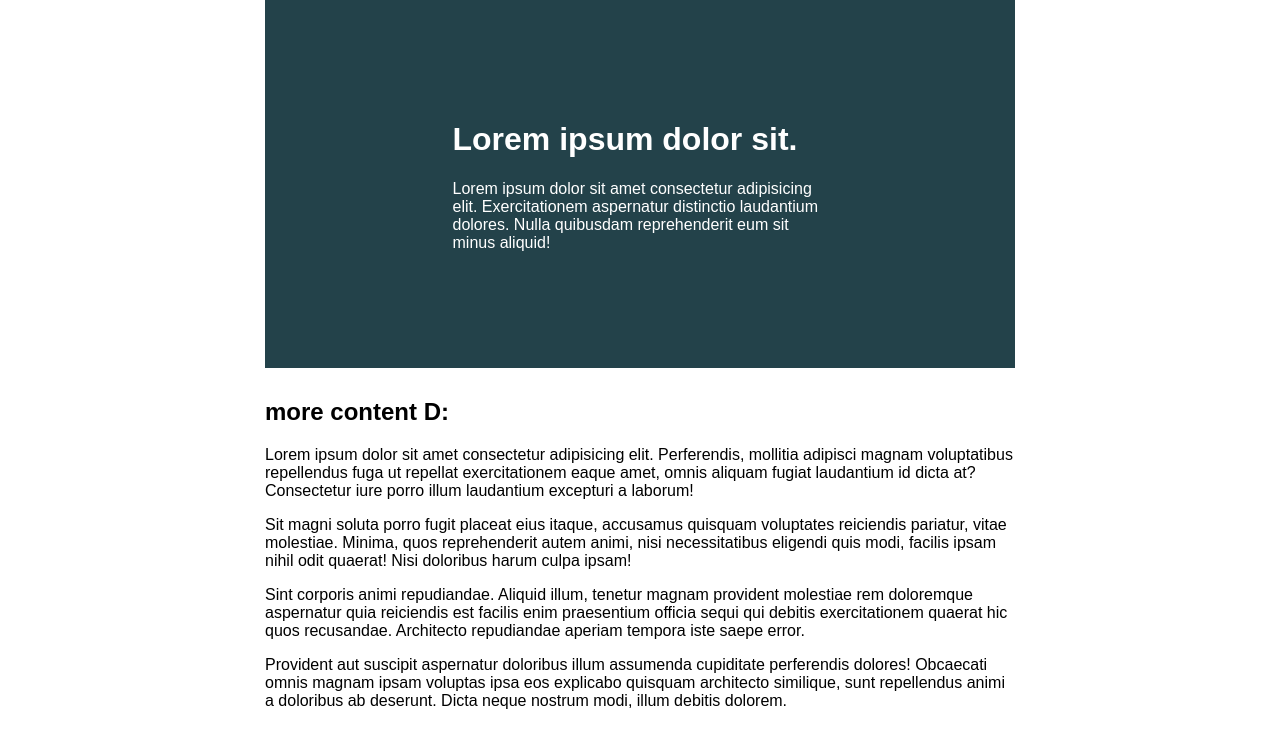
Repository: ufanodev/responsive-3
Page: index.html
The author's editor kept a copy of each file at every save. The page is drawn from the files as they stood at one save, then again after the next save.
The browser window is 1280 px wide. The pictures show the whole page.

Above is the page before, as saved 2022-12-10 19:42:51.

### index.html
<!DOCTYPE html>
<html lang="en">
<head>
    <meta charset="UTF-8">
    <meta name="viewport" content="width=device-width, initial-scale=1.0">
    <title>KP Responsive Course</title>

    <link rel="stylesheet" href="style.css">
</head>
<body>

    <div class="container">
        <div class="intro-content">
            <h1>Lorem ipsum dolor sit.</h1>
            <p>Lorem ipsum dolor sit amet consectetur adipisicing elit. Exercitationem aspernatur distinctio laudantium dolores. Nulla quibusdam reprehenderit eum sit minus aliquid!</p>
        </div>
    </div>

    <div class ="intro-content2">
        <h2>more content D:</h2>
            <p>Lorem ipsum dolor sit amet consectetur adipisicing elit. Perferendis, mollitia adipisci magnam voluptatibus repellendus fuga ut repellat exercitationem eaque amet, omnis aliquam fugiat laudantium id dicta at? Consectetur iure porro illum laudantium excepturi a laborum!</p>

            <p>Sit magni soluta porro fugit placeat eius itaque, accusamus quisquam voluptates reiciendis pariatur, vitae molestiae. Minima, quos reprehenderit autem animi, nisi necessitatibus eligendi quis modi, facilis ipsam nihil odit quaerat! Nisi doloribus harum culpa ipsam!</p>

            <p>Sint corporis animi repudiandae. Aliquid illum, tenetur magnam provident molestiae rem doloremque aspernatur quia reiciendis est facilis enim praesentium officia sequi qui debitis exercitationem quaerat hic quos recusandae. Architecto repudiandae aperiam tempora iste saepe error.</p>
            <p>Provident aut suscipit aspernatur doloribus illum assumenda cupiditate perferendis dolores! Obcaecati omnis magnam ipsam voluptas ipsa eos explicabo quisquam architecto similique, sunt repellendus animi a doloribus ab deserunt. Dicta neque nostrum modi, illum debitis dolorem.</p>
    </div>

</body>
</html>

### style.css
/* INSTRUCTIONS
 *
 * 1) Keep the text inside .intro-content
 *    in the same place, but have the background
 *    extend from one side of the viewport
 *    to the other, no matter how wide or narrow
 *    the browser is.
 *
 * 2) Limit the maximum width of the text in the
 *    bottom area.
 *
 * You may modify the HTML if needed
 * (you probably should for this challenge)
 *
 */

* {
  box-sizing: border-box;
}

body {
  margin: 0;
  font-family: sans-serif;
}

.container {
  width: 80%;
  max-width: 750px;
  margin: 0 auto;
  background: #23424a;
  color: white;
  padding: 50px 0;
}

.intro-content {
  width: 50%;
  max-width: 750px;
  margin: 0 auto;
  padding: 50px 0;
}

.intro-content2 {
  width: 75%;
  max-width: 750px;
  margin: 0 auto;
  padding: 10px 0;
}

After the next save:
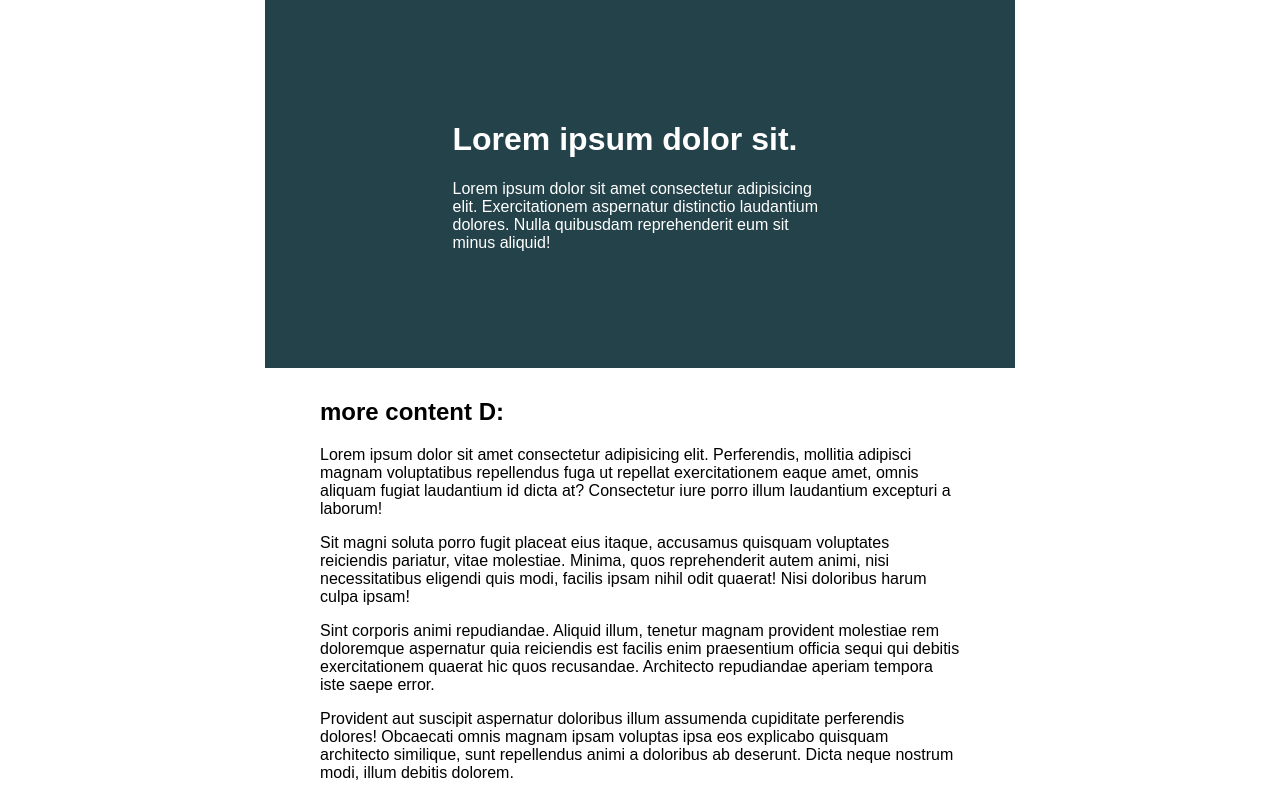
Saved 5 s later.
--- a/style.css
+++ b/style.css
@@ -40,7 +40,7 @@ body {
 }
 
 .intro-content2 {
-  width: 75%;
+  width: 50%;
   max-width: 750px;
   margin: 0 auto;
   padding: 10px 0;
